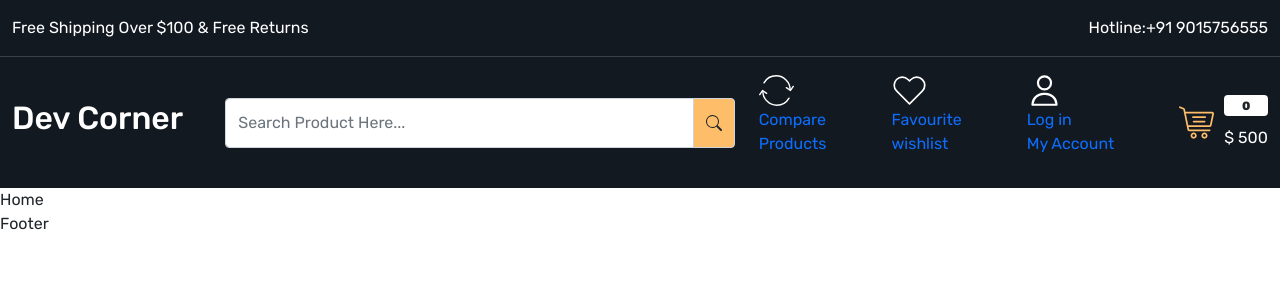
Repository: anamikatomar21/demo
Page: /
An editor plug-in stored every save of this project. The page is shown before and after a run of saves, followed by the edit.
The browser window is 1280 px wide. The pictures show the whole page.
The project was rebuilt for these pictures with package versions that can differ from the ones it lists, and the page was loaded fresh each time. Also part of the build but not shown: src/pages/About.js, src/pages/Contact.js.

Above is the page before, as saved 2023-05-13 16:26:02.

After the next 3 saves:
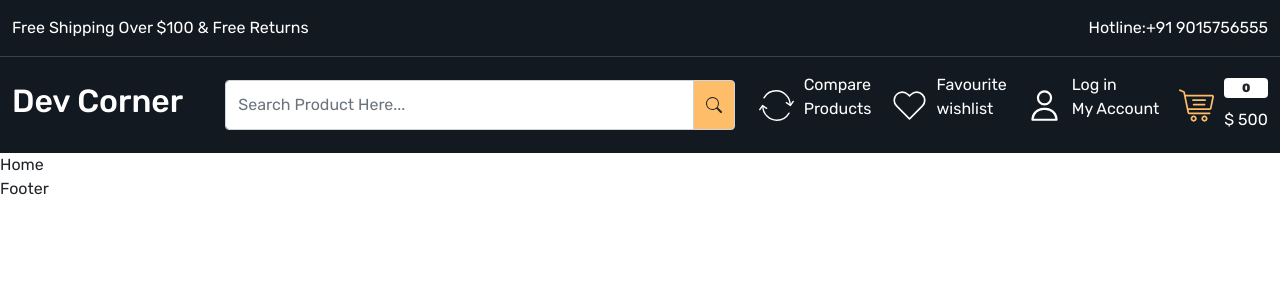
The 3 saves are shown as one change because they came seconds apart.
The last was saved 2 min 24 s later.
--- a/src/components/Header.js
+++ b/src/components/Header.js
@@ -50,7 +50,10 @@
             <div className="col-5">
               <div className="headear-upper-links d-flex align-items-center justify-content-between">
                 <div>
-                  <Link to="/compare-product" className="">
+                  <Link
+                    to="/compare-product"
+                    className="d-flex align-items-center gap-10 text-white"
+                  >
                     <img src="/images/images/compare.svg" alt="compare" />
                     <p>
                       Compare <br /> Products
@@ -58,7 +61,10 @@
                   </Link>
                 </div>
                 <div>
-                  <Link to="/compare-product" className="">
+                  <Link
+                    to="/compare-product"
+                    className="d-flex align-items-center gap-10 text-white"
+                  >
                     <img src="/images/images/wishlist.svg" alt="compare" />
                     <p>
                       Favourite <br /> wishlist
@@ -66,7 +72,10 @@
                   </Link>
                 </div>
                 <div>
-                  <Link to="/compare-product" className="">
+                  <Link
+                    to="/compare-product"
+                    className="d-flex align-items-center gap-10 text-white"
+                  >
                     <img src="/images/images/user.svg" alt="compare" />
                     <p>
                       Log in <br /> My Account
